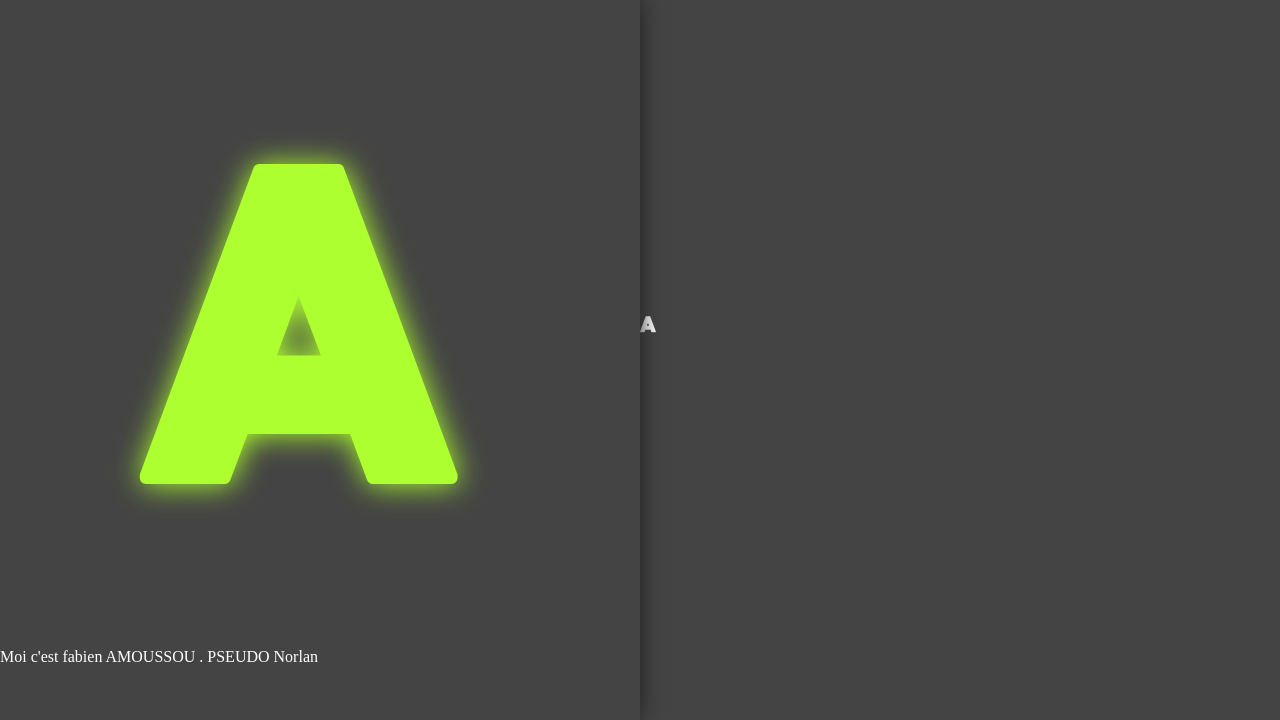
Repository: Norlan-20/Fabien-Neon
Page: index.html
The author's editor kept a copy of each file at every save. The page is drawn from the files as they stood at one save, then again after the next save.
The browser window is 1280 px wide. The pictures show the whole page.

Above is the page before, as saved 2021-06-19 19:38:32.

After the next save:
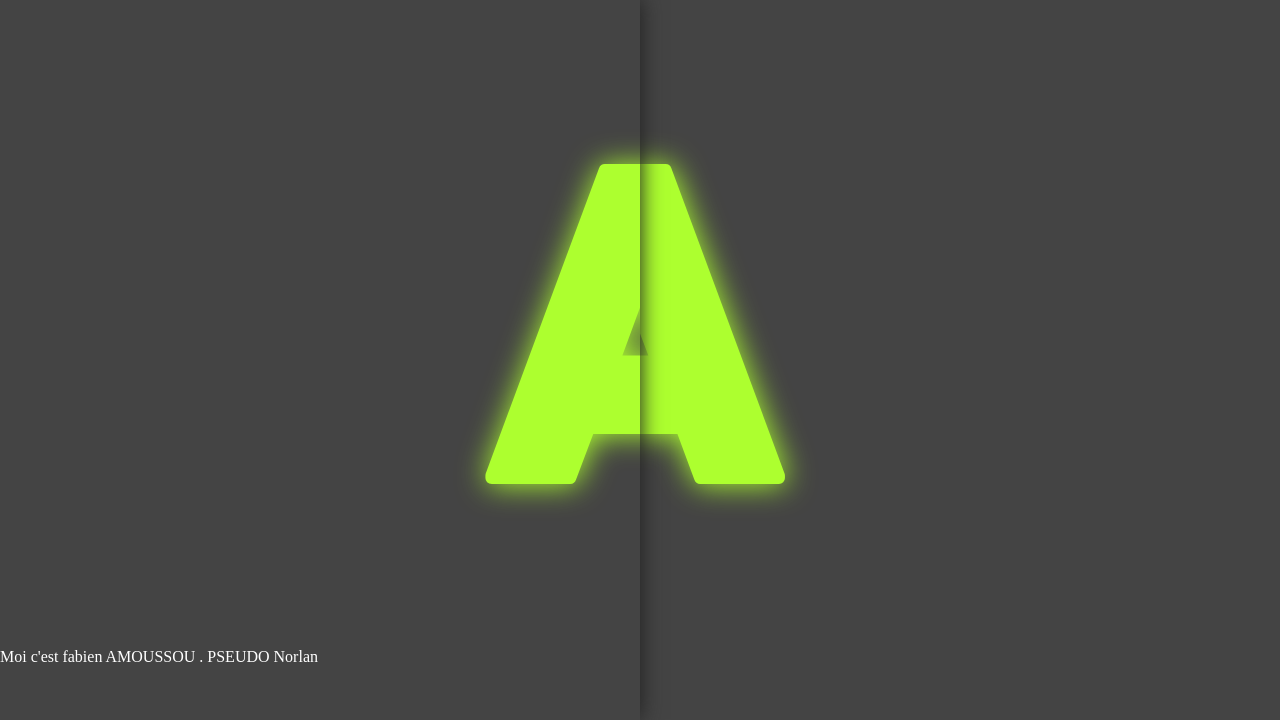
Saved 9 s later.
--- a/assets/css/style.css
+++ b/assets/css/style.css
@@ -74,7 +74,7 @@
     align-items: flex-start;
 }
 
-#first > div:first-child span {
+#second > div:first-child span {
     font-size: 25vw;
     position: relative;
     left: -13.5vw;
